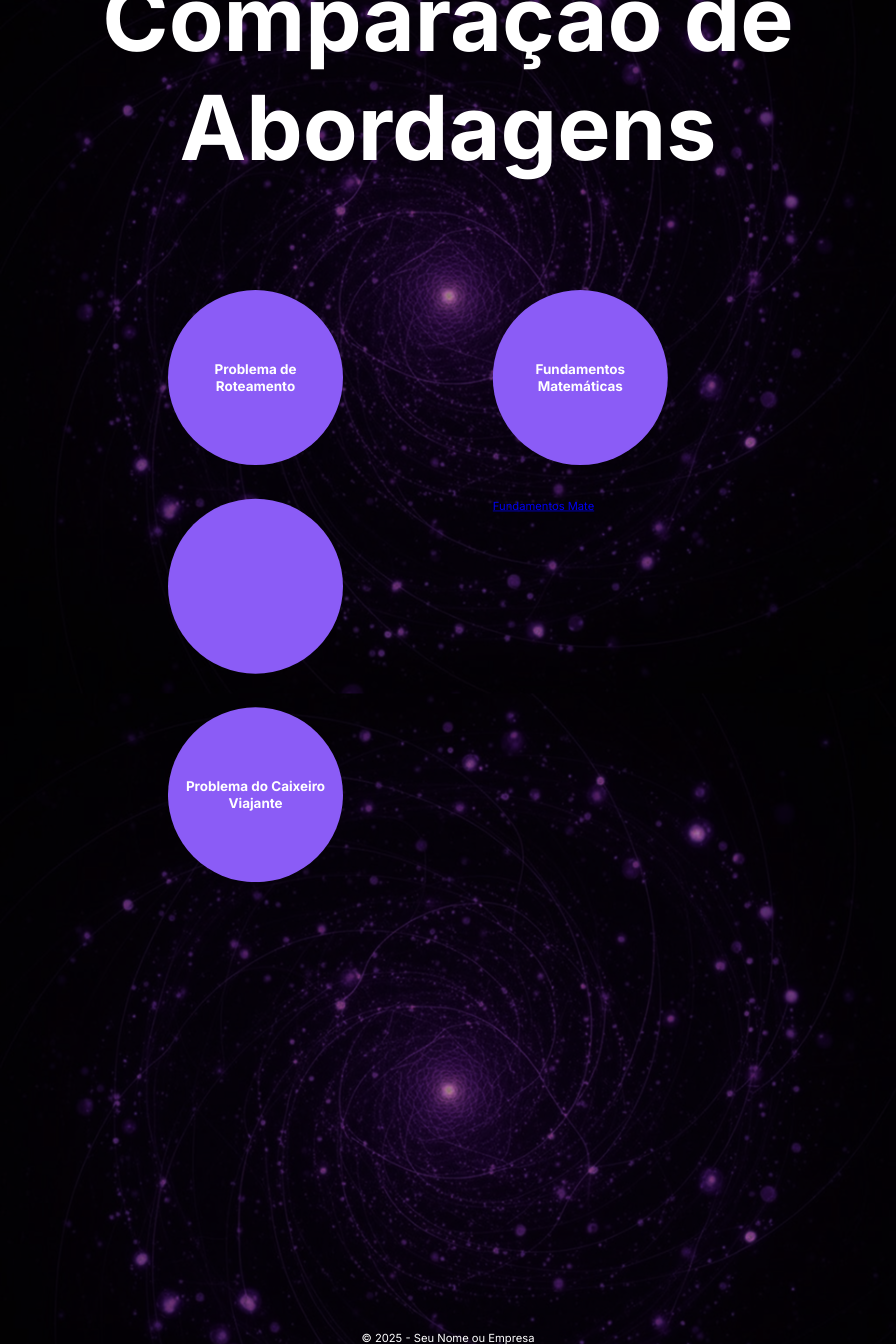
Repository: Everson9/Projeto-de-escalabilidade-quantica-definitivo
Page: telainicial.html
The author's editor kept a copy of each file at every save. The page is drawn from the files as they stood at one save, then again after the next save.
The browser window is 1280 px wide. The pictures show the part of the page from y = 3549 to 5469 px (the page is 5469 px tall before and 5171 px after), at 70% of full size.
Backgrounds fixed to the window are drawn as part of the page.

Above is the page before, as saved 2025-10-01 13:08:18.

After the next save:
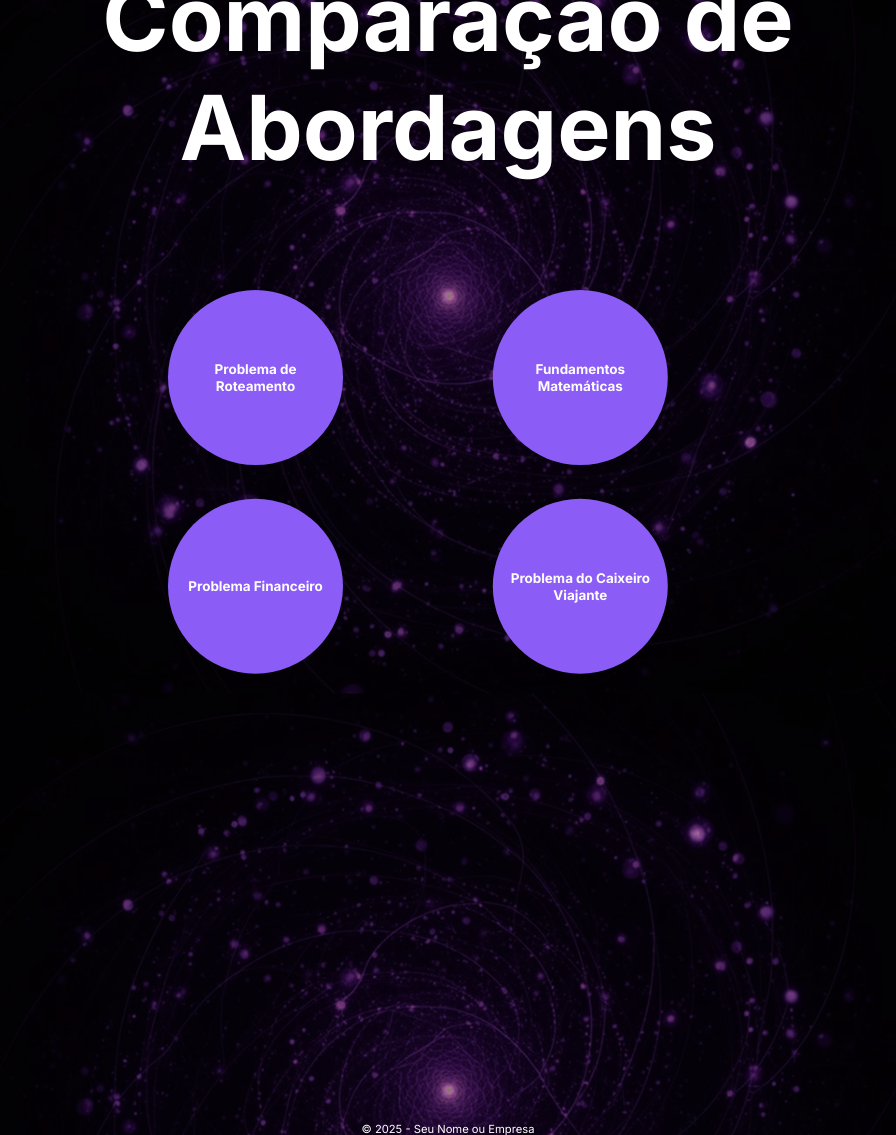
Saved 4 s later.
--- a/telainicial.html
+++ b/telainicial.html
@@ -87,7 +87,7 @@
                 <div class="spheres-container">
                     <a href="#" class="sphere-button">Problema de Roteamento</a>
                     <a href="#" class="sphere-button">Fundamentos Matemáticas</a>
-                    <a href="#" class="sphere-button"><a href="fundamentos.html">Fundamentos Mate</a></a>
+                    <a href="#" class="sphere-button">Problema Financeiro</a>
                     <a href="#" class="sphere-button">Problema do Caixeiro Viajante</a>
                 </div>
             </section>
